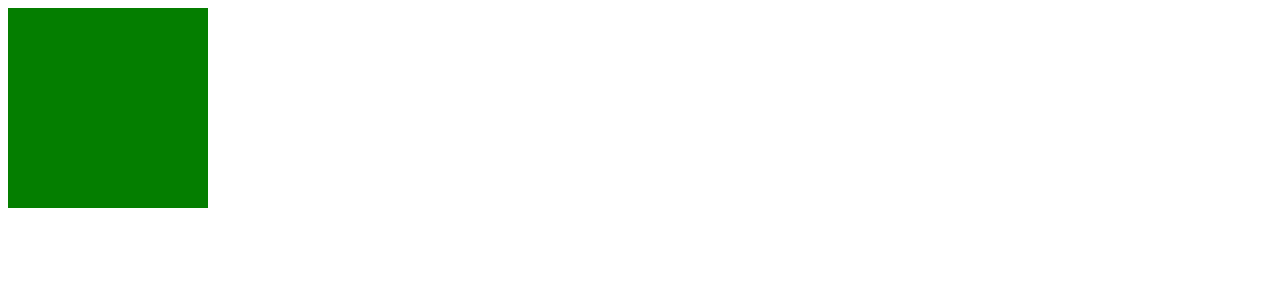
Repository: mariawasilewa-coca-cola/test1
Page: index.html
These files come from the project's save history. The page is drawn as it stood at one moment and after the next save; the edit follows.
The browser window is 1280 px wide. The pictures show the whole page.

Above is the page before, as saved 2021-11-04 18:50:54.

### index.html
<!DOCTYPE html>
<html>
    <head>
        <link rel="stylesheet" href="style.css"/>
    </head>
    <body>

        <div class="animation">

        </div>
    </body>
</html>

### style.css
.animation {
    width: 200px;
    height: 200px;
    background-color: red;
    /* animation-name: change-bg-color;
    animation-duration: 4s;
    animation-fill-mode: forwards;
    animation-iteration-count: 3; */

    animation: change-bg-color 4s forwards 3;
}

@keyframes change-bg-color {
    0% {
        background-color: red;
    }

    30% {
        background-color: green;
    }

    50% {
        background-color: yellow;
    }

    100% {
        background-color: black;
    }
}

After the next save:
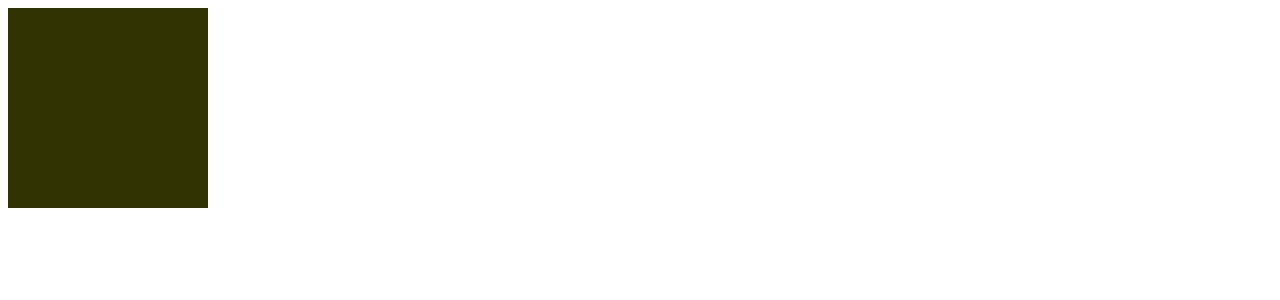
Saved 2 min 53 s later.
--- a/style.css
+++ b/style.css
@@ -2,12 +2,13 @@
     width: 200px;
     height: 200px;
     background-color: red;
-    /* animation-name: change-bg-color;
+    animation-name: change-bg-color;
     animation-duration: 4s;
     animation-fill-mode: forwards;
-    animation-iteration-count: 3; */
+    animation-iteration-count: 3;
+    animation-delay: 2s;
 
-    animation: change-bg-color 4s forwards 3;
+    /* animation: change-bg-color 4s forwards 3; */
 }
 
 @keyframes change-bg-color {
